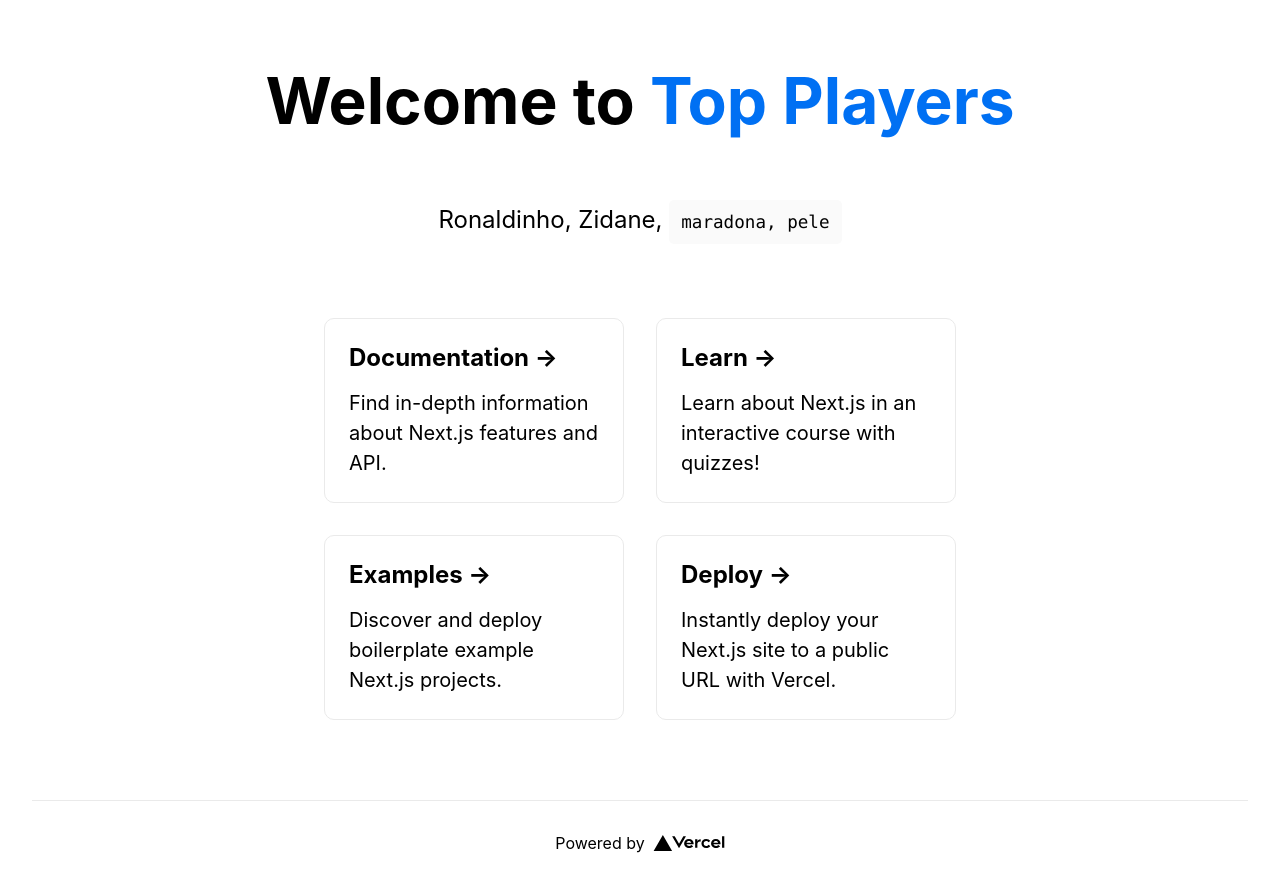
Repository: duncanidaho14/next-first-app
Page: /
These files come from the project's save history. The page is drawn as it stood at one moment and after a run of saves; the edit follows.
The browser window is 1280 px wide. The pictures show the whole page.
The project was rebuilt for these pictures with package versions that can differ from the ones it lists, and the page was loaded fresh each time. The framework's server and built-in components were replaced by stand-ins that run in the browser. Also part of the build but not shown: next.config.js.

Above is the page before, as saved 2022-03-06 11:15:27.

After the next 2 saves:
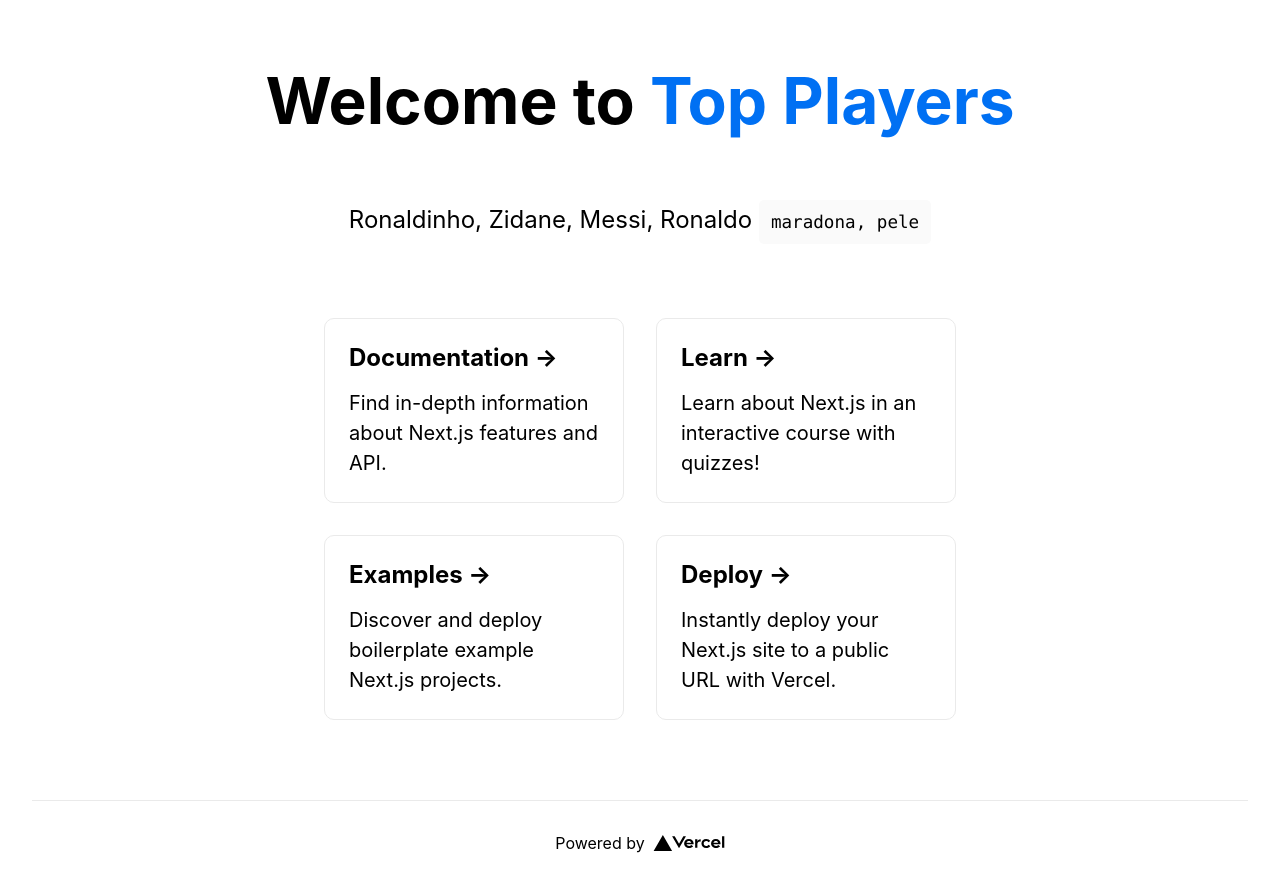
The 2 saves are shown as one change because they came seconds apart.
The last was saved 15 s later.
--- a/pages/index.tsx
+++ b/pages/index.tsx
@@ -18,7 +18,7 @@ const Home: NextPage = () => {
         </h1>
 
         <p className={styles.description}>
-          Ronaldinho, Zidane, {' '}
+          Ronaldinho, Zidane, Messi, Ronaldo{' '}
           <code className={styles.code}>maradona, pele</code>
         </p>
 
